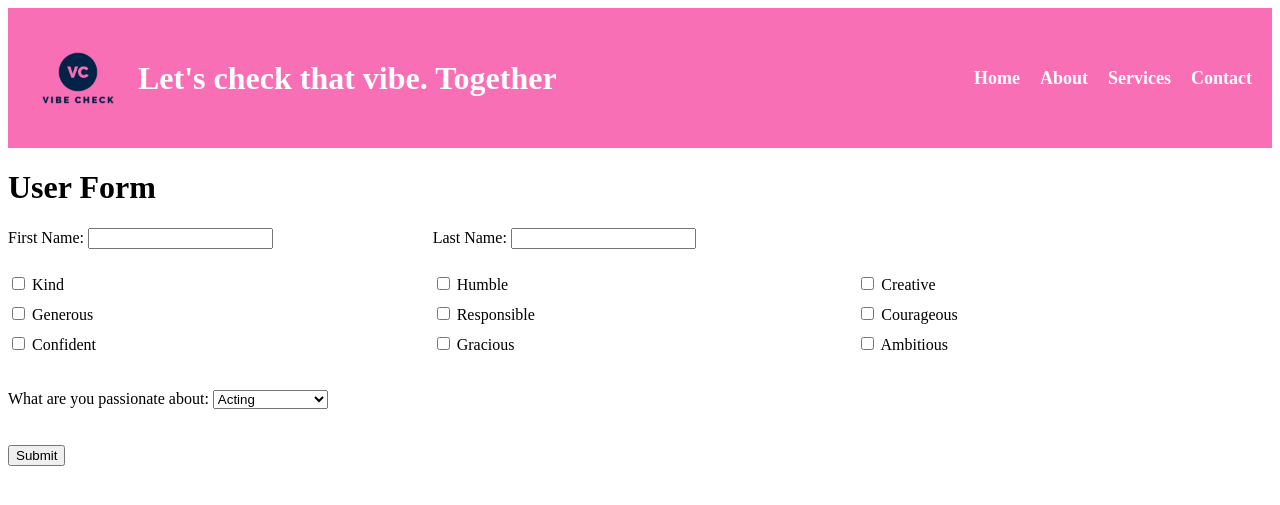
Repository: Chadloswald/Dis-Service
Page: docs/index.html
These files come from the project's save history. The page is drawn as it stood at one moment and after the next save; the edit follows.
The browser window is 1280 px wide. The pictures show the whole page.

Above is the page before, as saved 2023-05-02 10:18:02.

### docs/index.html
<!DOCTYPE html>
<html>
<head>
	<title>Dis-Service</title>
	<link rel="stylesheet" type="text/css" href="styles.css">
	<script src="scripts.js"></script>
</head>
<body>
	<header>
		<div class="logo">
		  <img src="logo.jpeg" alt="Logo">
		  <h1>Let's check that vibe. Together</h1>
		</div>
		<nav>
		  <ul>
			<li><a href="#">Home</a></li>
			<li><a href="#">About</a></li>
			<li><a href="#">Services</a></li>
			<li><a href="#">Contact</a></li>
		  </ul>
		</nav>
	  </header>
	<h1>User Form</h1>

	<form>
	<div id="checkbox-grid">
		<label>
			First Name:
			<input type="text" name="firstname" id="firstname">
		</label>
		<label>
			Last Name:
			<input type="text" name="lastname" id="lastname">
		</label>
		<br><br>
		<!-- ----------------------------------------- -->
		<label>
			<input type="checkbox" name="option1" value="cruel">
			Kind
		</label>
		<label>
			<input type="checkbox" name="option2" value="arrogant">
			Humble
		</label>
		<label>
			<input type="checkbox" name="option3" value="mundane">
			Creative
		</label>
		<label>
			<input type="checkbox" name="option4" value="greedy">
			Generous
		</label>
		<label>
			<input type="checkbox" name="option5" value="irressponsible">
			Responsible
		</label>
		<label>
			<input type="checkbox" name="option6" value="cowardly">
			Courageous
		</label>
		<label>
			<input type="checkbox" name="option7"value="insecure">
			Confident
		</label>
		<label>
			<input type="checkbox" name="option8" value="ungrateful">
			Gracious
		</label>
		<label>
			<input type="checkbox" name="option9" value="apathetic">
			Ambitious
		</label>
	</div>
	<br><br>
		<!-- ------------------------------------------------- -->
		<label>
			What are you passionate about:
			<select id="dropdown">
				<option value="you on stage makes Kristen Stewart's performance in Twilight look Oscar worthy">Acting</option>
				<option value="we checked your chart and your big three are all in ugly">Astrology</option>
				<option value="the next time you get our your telescope I'm going to shine a flashlight right down the tube">Astronomy</option>
				<option value="that bottom is so soggy that Paul Hollywood would never shake your hand">Baking</option>
				<option value="I'm sure your 12 followers are just riveted">Blogging</option>
				<option value="option5">Calligraphy</option>
				<option value="option6">Ceramics</option>
				<option value="option7">Chess</option>
				<option value="option8">Collecting</option>
				<option value="it's called salt! Try using it sometime">Cooking</option>
				<option value="option10">Dancing</option>
				<option value="option10">Drawing</option>
				<option value="option10">Film-making</option>
				<option value="option10">Gardening</option>
				<option value="option10">Hiking</option>
				<option value="option10">Jewelry-making</option>
				<option value="option10">Knitting</option>
				<option value="option10">Meditation</option>
				<option value="option10">Music</option>
				<option value="option10">Painting</option>
				<option value="option10">Photography</option>
				<option value="option10">Playing sports</option>
				<option value="option10">Pottery</option>
				<option value="option10">Reading</option>
				<option value="option10">Running</option>
				<option value="option10">Singing</option>
				<option value="option10">Traveling</option>
				<option value="option10">Volunteering</option>
				<option value="option10">Woodworking</option>
				<option value="option10">Writing</option>
				<option value="option10">Yoga</option>
			</select>
		</label>
		<br><br>
		<input type="submit" value="Submit" onclick="displayMessage()">
	</form>
</body>
</html>

### docs/styles.css
label {
	display: block;
}

#checkbox-grid {
	display: grid;
	grid-template-columns: repeat(3, 1fr);
	grid-gap: 10px;
  }

  #checkbox-grid label {
	display: block;
  }

  header {
	background-color: #f86fb5;
	color: #fff;
	display: flex;
	justify-content: space-between;
	align-items: center;
	padding: 20px;
  }

  .logo {
	display: flex;
	align-items: center;
  }

  .logo img {
	height: 100px;
	margin-right: 10px;
  }

  nav ul {
	display: flex;
	list-style: none;
  }

  nav li {
	margin-left: 20px;
  }

  nav a {
	color: #fff;
	text-decoration: none;
	font-weight: bold;
	font-size: 18px;
  }

### docs/scripts.js
function displayMessage() {
	// get the values of the input fields
	var firstname = document.getElementById("firstname").value;
	var lastname = document.getElementById("lastname").value;

	// get the values of the selected checkboxes
	var checkboxes = document.querySelectorAll('input[type="checkbox"]:checked');
	var selected = [];
	for (var i = 0; i < checkboxes.length; i++) {
		selected.push(checkboxes[i].value);
	}

	// get the value of the selected option in the dropdown menu
	var dropdown = document.getElementById("dropdown");
	var selectedOption = dropdown.options[dropdown.selectedIndex].value;

	// create an array of names
	var names = ["Smellward", "Poopington", "Fartsman", "Cheesewick", "McLoser", "Hoobitoob", "Cramsworth", "Plooperbum", "Frimblebim", "Feebrizz"];

	// randomly select two names from the array
	var randomIndex1 = Math.floor(Math.random() * names.length);
	var randomIndex2 = Math.floor(Math.random() * names.length);
	while (randomIndex1 === randomIndex2) {
		randomIndex2 = Math.floor(Math.random() * names.length);
	}
	var randomName1 = names[randomIndex1];
	var randomName2 = names[randomIndex2];

	// construct the message
	var message = "Hey " + firstname + " " + lastname + "! Here's a message to cheer you up! You are an " + selected.join(", ") + " little jerk, and " + selectedOption + ". \nYou have lost the right to use the name " + firstname + " " + lastname + ", you nerd. You will be henceforth known as " + randomName1 + " " + randomName2 + ". May shame follow your family for 1000 years.";

	// display the message in an alert box
	alert(message);
}

After the next save:
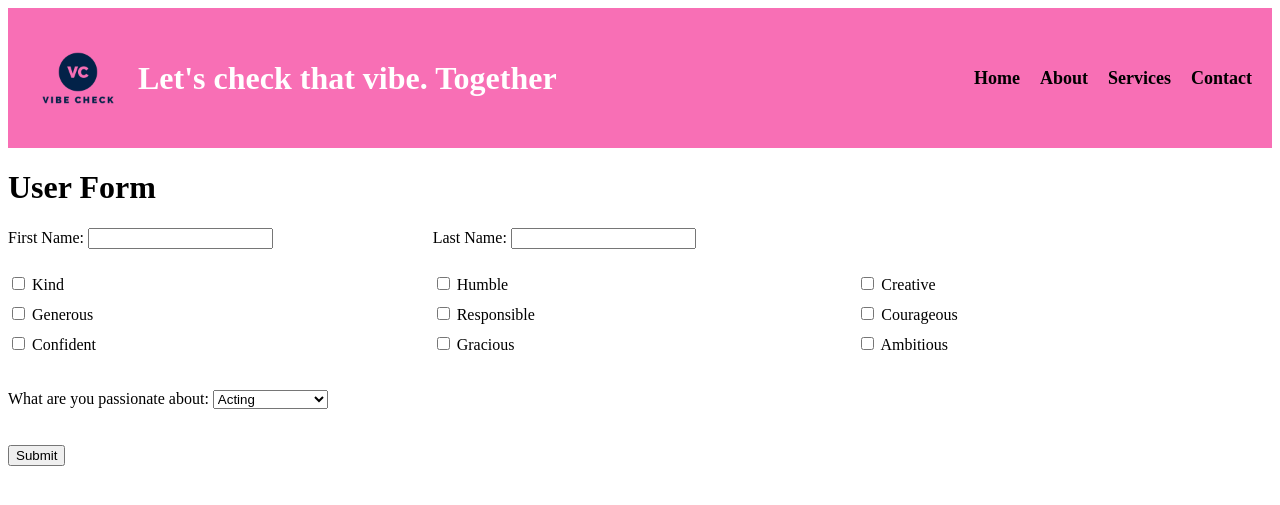
Saved 48 s later.
--- a/docs/styles.css
+++ b/docs/styles.css
@@ -41,7 +41,7 @@ label {
   }
 
   nav a {
-	color: #fff;
+	color: black;
 	text-decoration: none;
 	font-weight: bold;
 	font-size: 18px;
